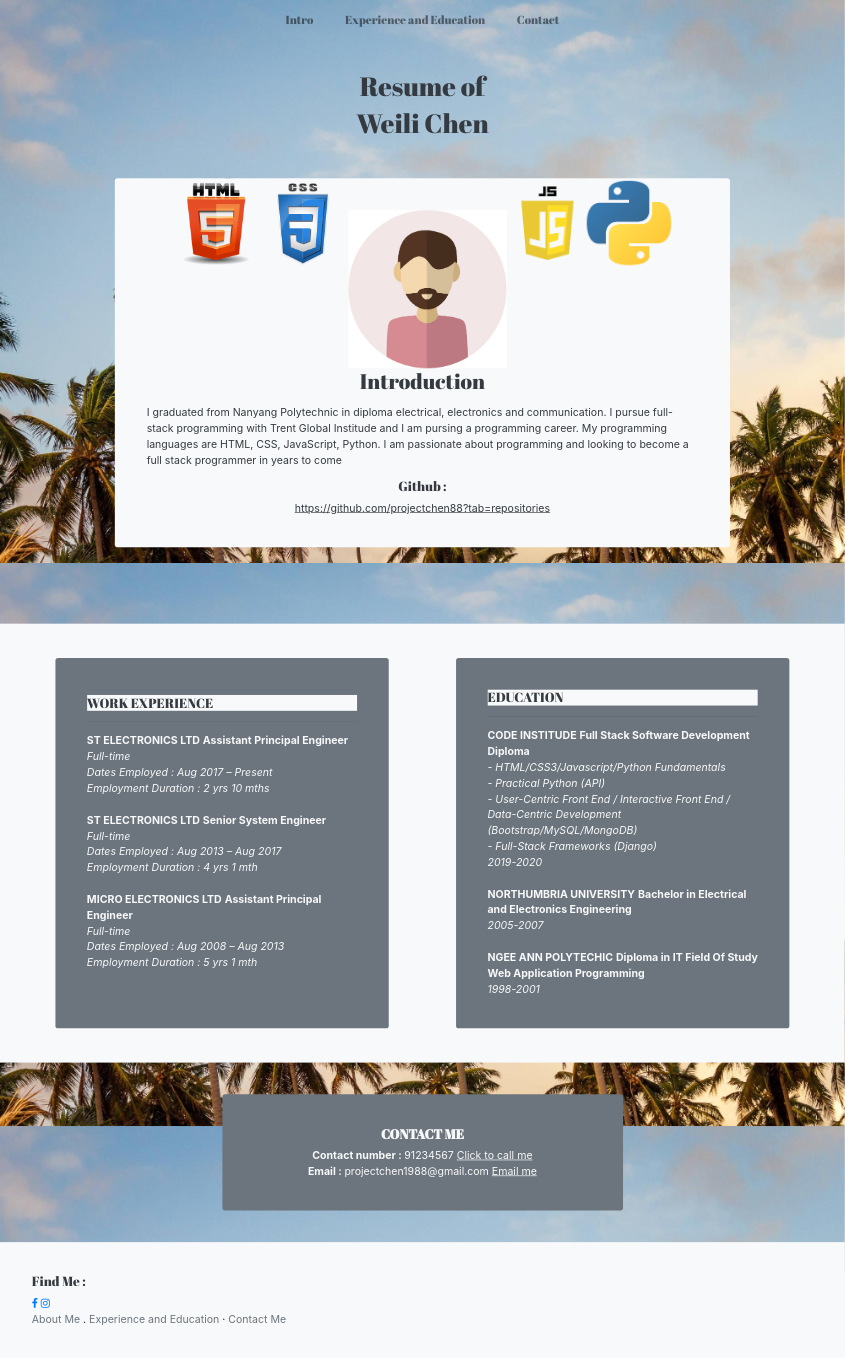
Repository: projectchen88/firstproject
Page: index.html
The author's editor kept a record of every edit. The page is drawn from the files as they stood at one moment, then again after the next edit.
The browser window is 1280 px wide. The pictures show the whole page, at 66% of full size.
Backgrounds fixed to the window are drawn as part of the page. Some web libraries are served in a nearby version.

Above is the page before.

After the next edit:
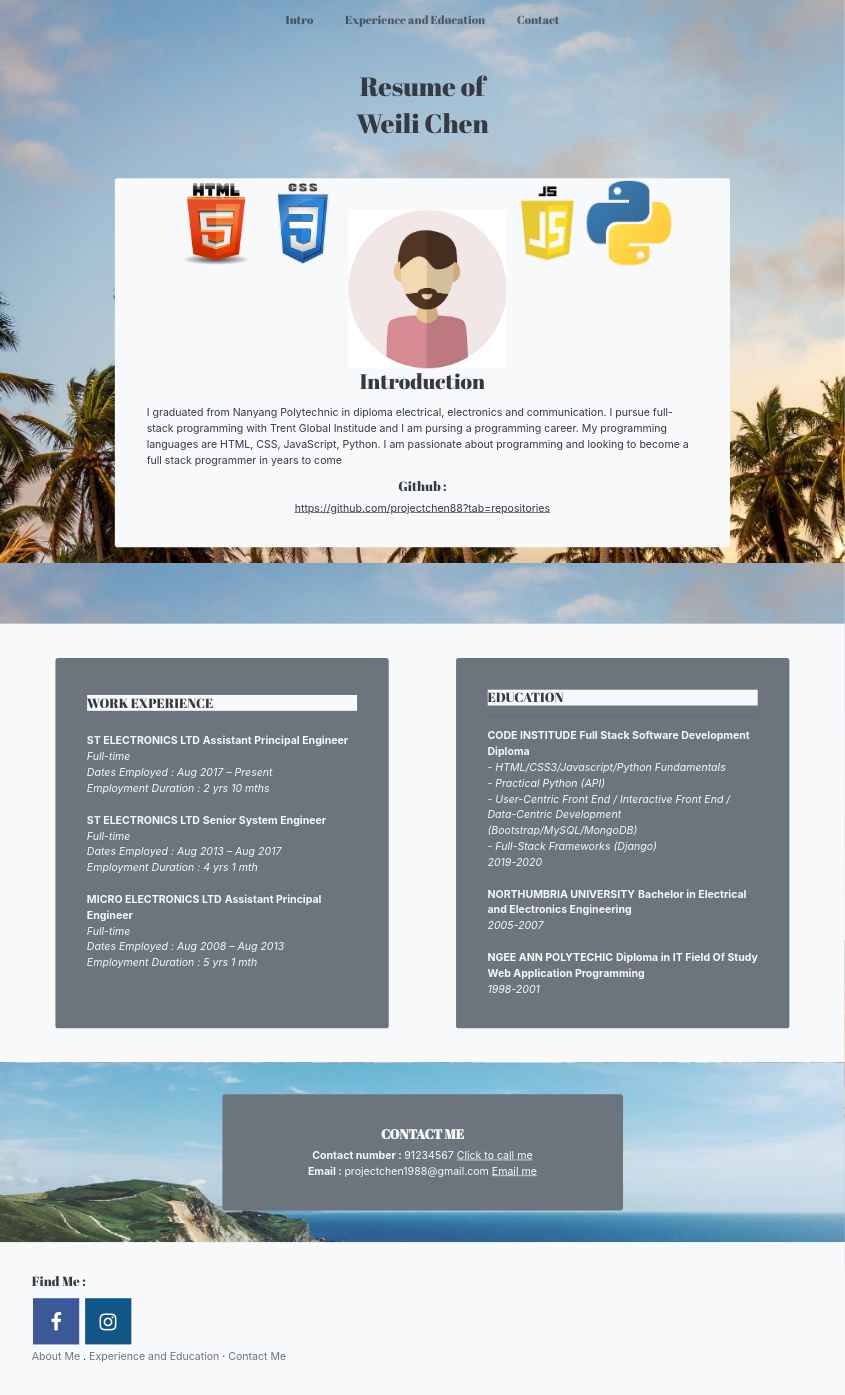
The edit:
--- a/styles/style.css
+++ b/styles/style.css
@@ -98,3 +98,31 @@
   85%  { left:0px; top:-12px;}
   100% { left:0px; top:0px;}
 }
+
+#contact {
+    /*height : 200px;*/
+    height: auto;
+    background-image: url('../images/bay.jpg');
+    background-repeat: no-repeat;
+    background-position: center;
+    background-size: cover;
+}
+
+
+/* Social Media */
+.fa {
+  padding: 20px;
+  font-size: 30px;
+  width: 70px;
+  text-align: center;
+  text-decoration: none;
+  margin: 5px 2px;
+}
+.fa-facebook {
+  background: #3B5998;
+  color: white;
+}
+.fa-instagram {
+  background: #125688;
+  color: white;
+}
